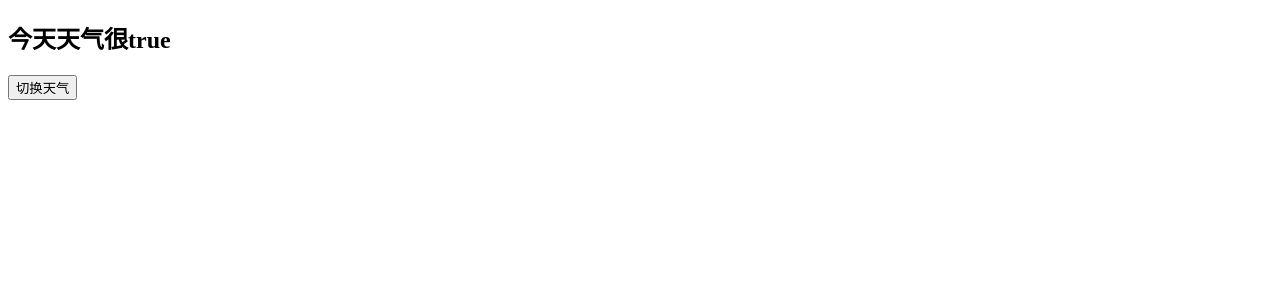
Repository: reggiepy/vueLeaning
Page: 08 监视属性/1. 天气案例.html
An editor plug-in stored every save of this project. The page is shown before and after the next save, followed by the edit.
The browser window is 1280 px wide. The pictures show the whole page.

Above is the page before, as saved 2021-12-19 17:07:07.

### 08 监视属性/1. 天气案例.html
<!DOCTYPE html>
<html lang="en">
  <head>
    <meta charset="UTF-8" />
    <meta http-equiv="X-UA-Compatible" content="IE=edge" />
    <meta name="viewport" content="width=device-width, initial-scale=1.0" />
    <title>天气案例</title>
    <script src="../js/vue.js"></script>
  </head>
  <body>
      <div id="root">
          <h2>今天天气很{{isHot}}</h2>
      </div>
      <button>切换天气</button>
  </body>
  <script>
    Vue.config.productionTip = false;
    new Vue({
        el: "#root",
        data: {
            isHot: true
       },
    })
  </script>
</html>

Loaded but not shown: js/vue.js (library)

After the next save:
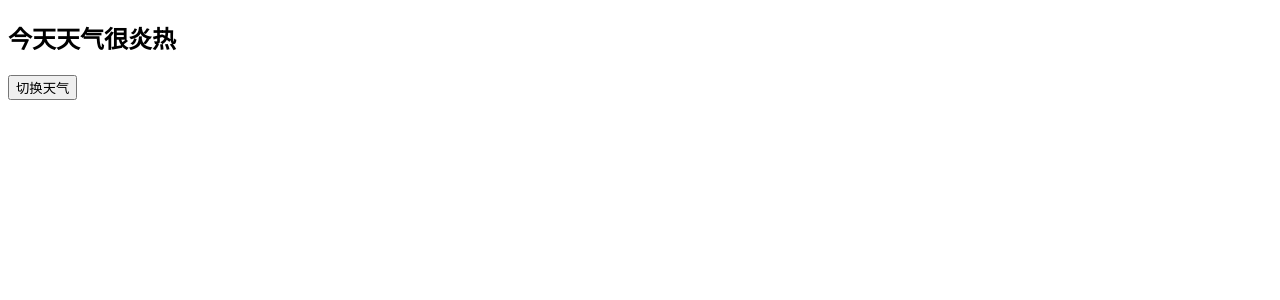
Saved 40 s later.
--- a/08 监视属性/1. 天气案例.html
+++ b/08 监视属性/1. 天气案例.html
@@ -9,7 +9,7 @@
   </head>
   <body>
       <div id="root">
-          <h2>今天天气很{{isHot}}</h2>
+          <h2>今天天气很{{isHot ? "炎热" : "凉爽"}}</h2>
       </div>
       <button>切换天气</button>
   </body>
